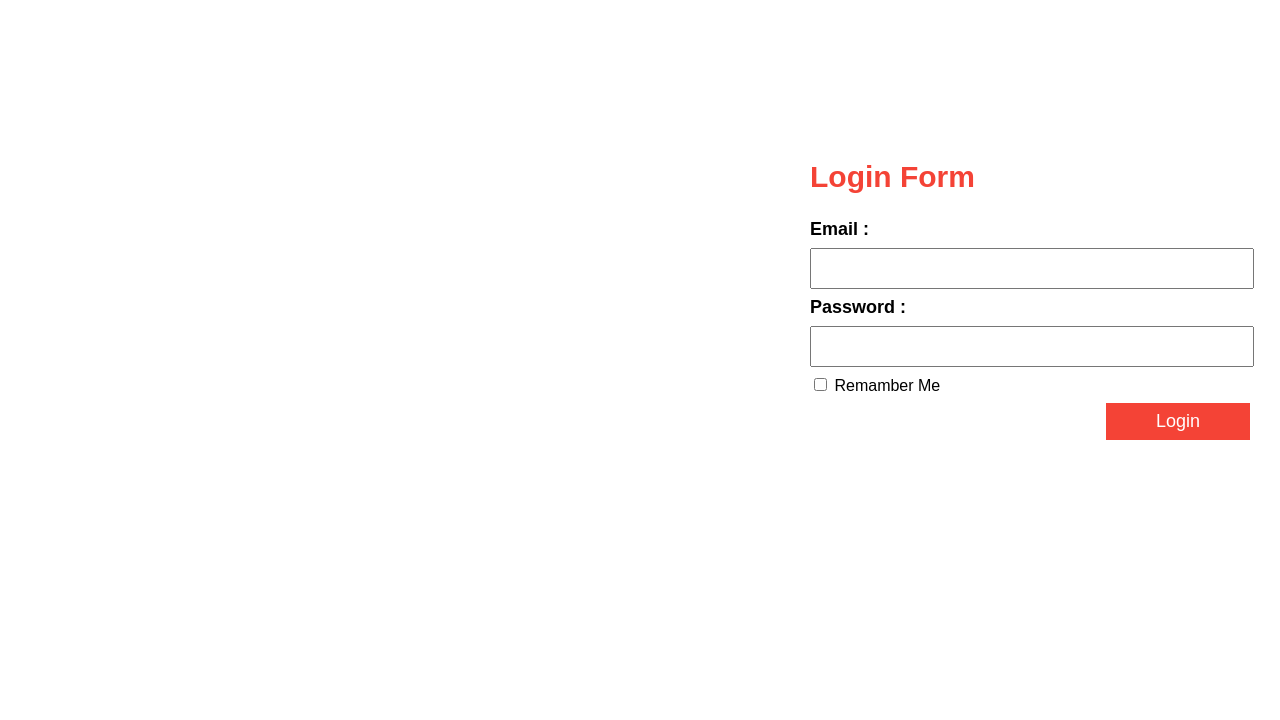
Repository: bayulalu/sekolah-orgaisasi
Page: http://localhost/login-user
The author's editor kept a copy of each file at every save. The page is drawn from the files as they stood at one save, then again after the next save.
The browser window is 1280 px wide. The pictures show the whole page.
The page is served by the project's Laravel application, run on PHP 8.4 with Laravel 8. Other server files are loaded and not shown.

Above is the page before, as saved 2020-07-19 13:57:16.

### routes/web.php
<?php

use Illuminate\Support\Facades\Route;



// Route::get('/', function () {
//     return view('welcome');
// });



Route::get('/login-user', 'AuthController@login')->name('login');
Route::post('/login-user', 'AuthController@postLogin')->name('login');
Route::get('/event', 'ArtikelController@event')->name('event');

Route::group(['middleware' => 'auth'], function(){

    Route::get('/register-user','AuthController@registerUser')->name('register');
    Route::post('/register-user','AuthController@storeUser')->name('register');
    Route::get('/logout', 'AuthController@logout' )->name('logout');

    Route::get('/create-envet', 'ArtikelController@create')->name('create-event');
    Route::post('/create-envet', 'ArtikelController@store')->name('create-event');

    Route::get('/event-delete/{slug}', 'ArtikelController@delete');
    Route::get('/event-update/{slug}', 'ArtikelController@edit');
    Route::post('/event-update/{slug}', 'ArtikelController@update');
});

Route::get('/', 'ArtikelController@index')->name('home');
Route::get('/event/{slug}', 'ArtikelController@showDetail')->name('singgel-event');


// Route::get('/tes', function () {
//     return view('gush.singgle');

// });

// Auth::routes();

// Route::get('/home', 'HomeController@index')->name('home');

### app/Http/Controllers/AuthController.php
<?php

namespace App\Http\Controllers;

use Auth;
use Illuminate\Http\Request;
use App\Models\User;
use Illuminate\Support\Facades\Auth as FacadesAuth;

class AuthController extends Controller
{
    public function login()
    {
        return view('auth2.login');
    }

    public function postLogin(Request $request)
    {
        // die('mask');

        $this->validate($request, [
            'user' => 'required',
            'password' => 'required'
        ]);


        $users = auth()->attempt(['user' => $request->user, 'password' => $request->password]);

        if (!$users) {
            return redirect()->back()->withInput($request->only('user', 'password'));
        }

        return redirect()->route('home');
    }

    public function registerUser()
    {
        if(Auth::user()->level != 1){
            return redirect()->route('home');

        }


        return view('auth2.register');
    }

    public function storeUser(Request $request)
    {

        if(Auth::user()->level != 1){
            return redirect()->route('home');

        }

        $this->validate($request, [
            'name' => 'required',
            'user' => 'required|unique:users',
            'organisasi' => 'required',
            'password' => 'required|string'
        ]);


      User::create([
            'name' => $request->name,
            'user' => $request->user,
            'status' => $request->organisasi,
            'password' =>  bcrypt($request->password),
            'level' => 2,
        ]);

        return redirect()->route('register')->with('msg','User Berhasil Di Tambah');


    }



    public function logout()
    {
        Auth::logout();
        return redirect()->route('home');
    }
}

### resources/views/auth2/login.blade.php


<!DOCTYPE html>
<html lang="en">
<head>
    <meta charset="UTF-8">
    <meta name="viewport" content="width=device-width, initial-scale=1.0">
    <meta http-equiv="X-UA-Compatible" content="ie=edge">
    <title>Login</title>
</head>
    <link rel="stylesheet" href="{{ asset('css/login.css') }}">
<body>
    <div class="d1">

    </div>
    <div class="login">
      <form class="" action="index.html" method="post">
        <h2>
    Login Form</h2>
    <label for="">Email :</label>
        <input class="txtb" type="text" name="" value="">
        <label for="">Password :</label>
        <input class="txtb" type="password" name="" value="">
        <div class="check">

        <input type="checkbox" name="" value="">
        <span>Remamber Me</span>

      </div>
    <input class="btn" type="button" name="" value="Login">
      </form>
    </div>
</body>
</html>

### public/css/login.css
body,
html {
    margin: 0;
    padding: 0;
    height: 100%;
    font-family: sans-serif;
}
.d1 {
    width: 70%;
    height: 100%;
    overflow: hidden;
    float: left;
    /* background: ("../img/intro-bg.png") center; */
    background-image: url("../img/login.jpg") center;
}
.login {
    position: fixed;
    overflow: hidden;
    width: 100%;
    max-width: 500px;
    right: 0;
    margin: 0;
    background: #fff;
    height: 100%;
    z-index: 1;
}
.login form {
    margin: 160px 30px;
}
.login h2 {
    font-size: 30px;
    color: #f44336;
}
.login label {
    display: block;
    font-size: 18px;
    font-weight: 700;
    margin: 8px 0;
}
.txtb {
    width: 100%;
    padding: 8px 0;
    font-size: 18px;
}
.check {
    margin: 8px 0;
}
.btn {
    display: block;
    float: right;
    background: #f44336;
    font-size: 18px;
    padding: 8px 50px;
    color: white;
    border: none;
}

Loaded but not shown: app/Http/Controllers/Controller.php (common file)

After the next save:
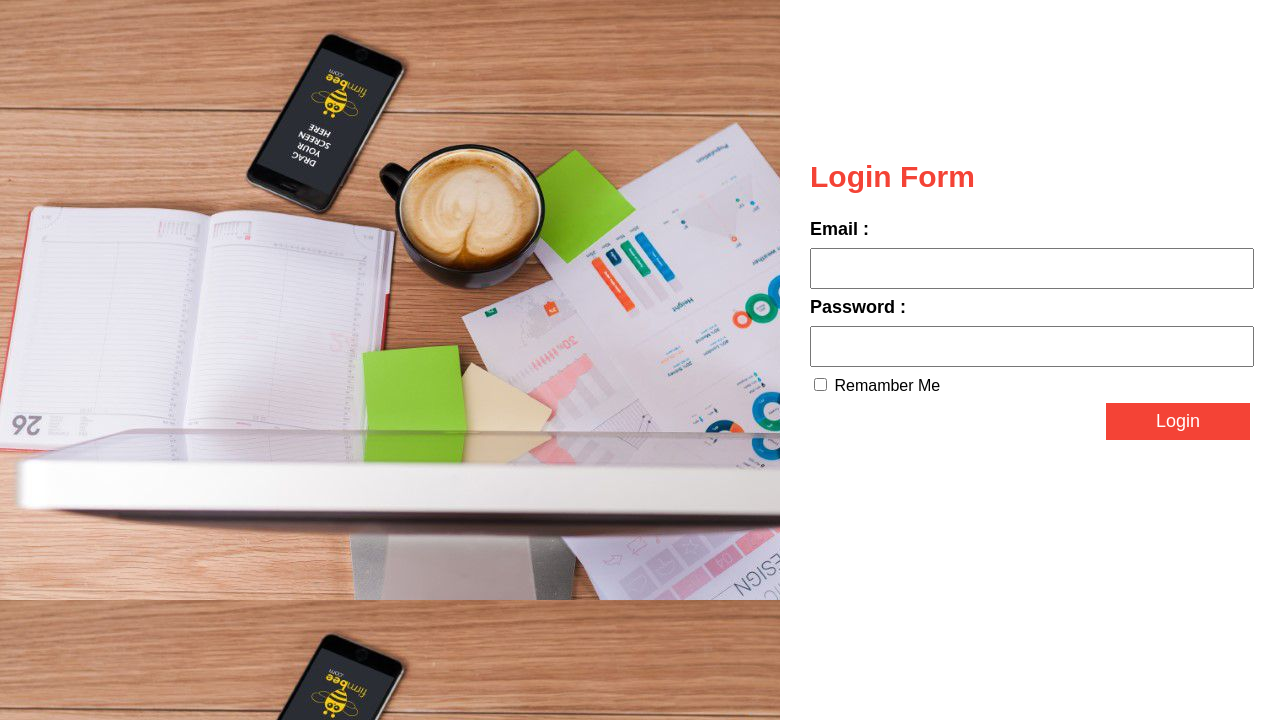
Saved 14 s later.
--- a/public/css/login.css
+++ b/public/css/login.css
@@ -11,7 +11,7 @@
     overflow: hidden;
     float: left;
     /* background: ("../img/intro-bg.png") center; */
-    background-image: url("../img/login.jpg") center;
+    background-image: url("../img/login.jpg") ;
 }
 .login {
     position: fixed;

After the save that followed:
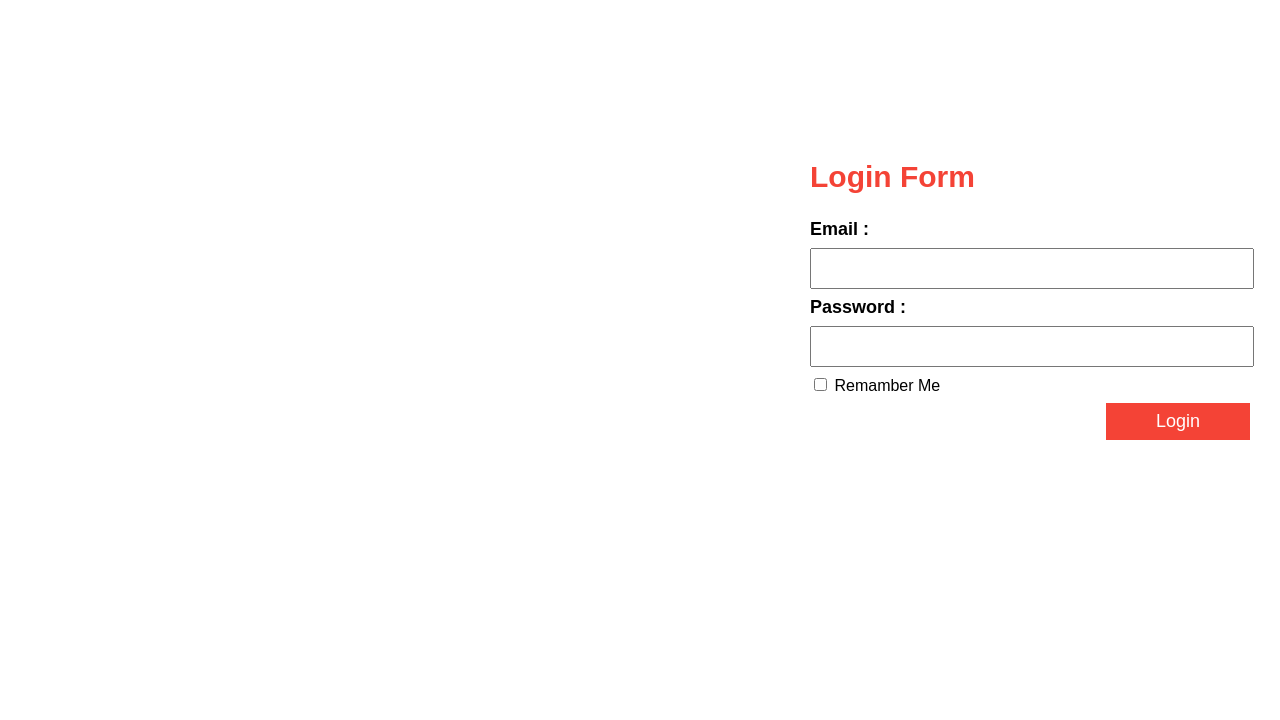
Saved 14 s later.
--- a/public/css/login.css
+++ b/public/css/login.css
@@ -11,7 +11,7 @@
     overflow: hidden;
     float: left;
     /* background: ("../img/intro-bg.png") center; */
-    background-image: url("../img/login.jpg") ;
+    background-image: url("../img/login.jpg") center bottom no-repeat;
 }
 .login {
     position: fixed;
